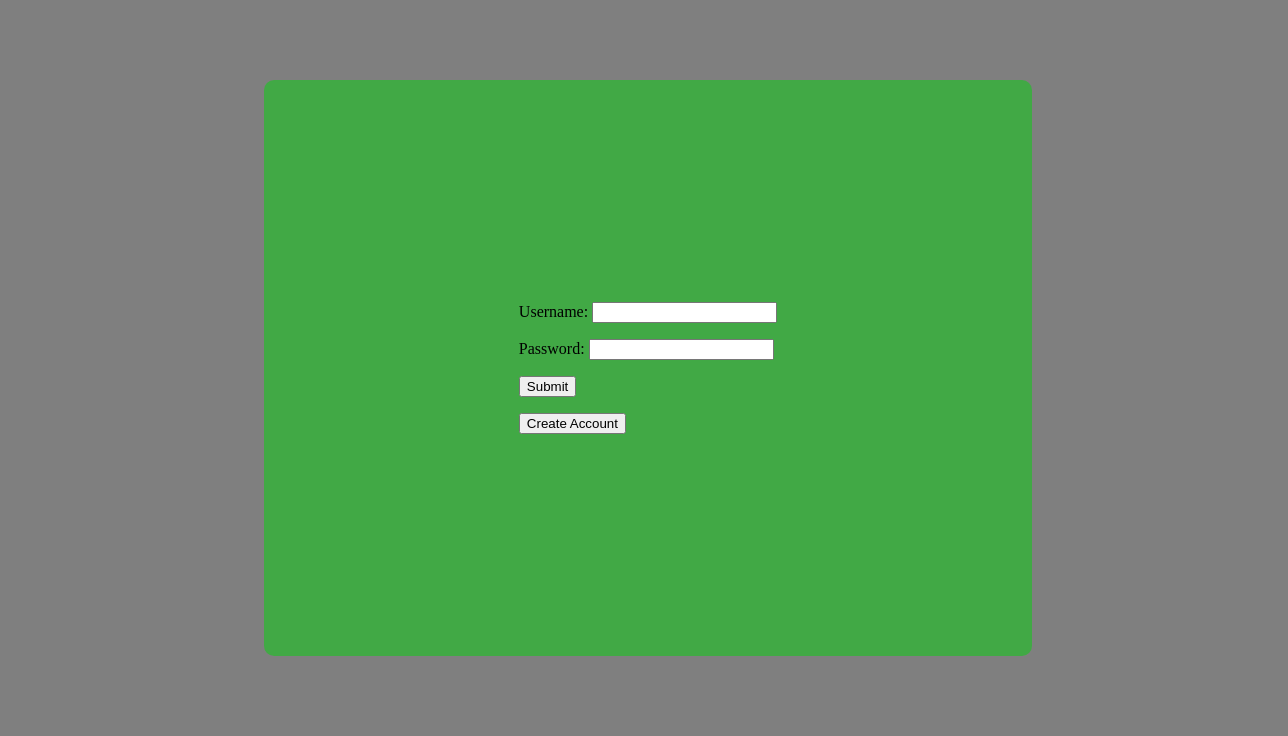
Repository: Jtho28/4830-group-project
Page: Esports-webproj/src/main/webapp/WEB-INF/Login.html
An editor plug-in stored every save of this project. The page is shown before and after the next save, followed by the edit.
The browser window is 1280 px wide. The page is 1288 px wide, so the pictures cover 1288 px, including what lies to the right of the window. The pictures show the whole page.

Above is the page before, as saved 2022-11-16 21:04:06.

### Esports-webproj/src/main/webapp/WEB-INF/Login.html
<!DOCTYPE html>
<html>
<head>
<meta charset="UTF-8">
<title>Login</title>
<link rel="stylesheet" href="login.css">
</head>
<body>
<div class="login">
<form action="Login" method="post">
<p>Username: <input type="text" name="username" /></p>
<p>Password: <input type="password" name="password" /></p>
<p><input type="submit" /></p>
<p><button type="button">
Create Account
</button>
</form>
</div>
</body>
</html>

### Esports-webproj/src/main/webapp/WEB-INF/login.css
@charset "UTF-8";

body {
	display: flex;
	align-items: center;
	justify-content: center;
	height: 100vh;
	width: 100vw;
	background: rgba(0,0,0, .5);

}

.login {
	height: 80vh;
	width: 60vw;
	display: flex;
	align-items: center;
	justify-content: center;

	border-radius: 10px;
	background: rgba(50, 181, 55, .8);
	transition: ease all 0.5s;
	box-shadow: 0 2px px 2px rgba(0,0,0, .7)
}
.login:hover {
	background: rgba(50, 181, 55, .5);
}

h1 {
	color: yellow;
	margin-left: 20px;
}

After the next save:
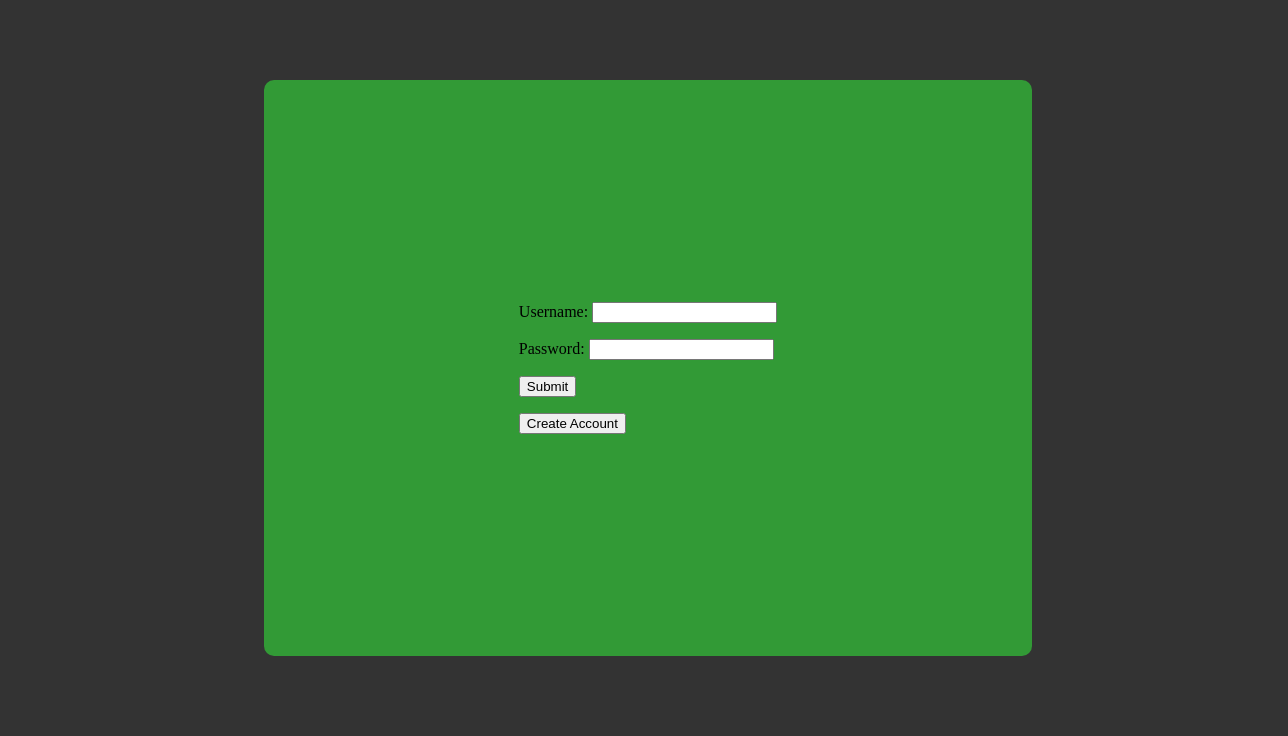
Saved 9 s later.
--- a/Esports-webproj/src/main/webapp/WEB-INF/login.css
+++ b/Esports-webproj/src/main/webapp/WEB-INF/login.css
@@ -6,7 +6,7 @@ body {
 	justify-content: center;
 	height: 100vh;
 	width: 100vw;
-	background: rgba(0,0,0, .5);
+	background: rgba(0,0,0, .8);
 
 }
 
